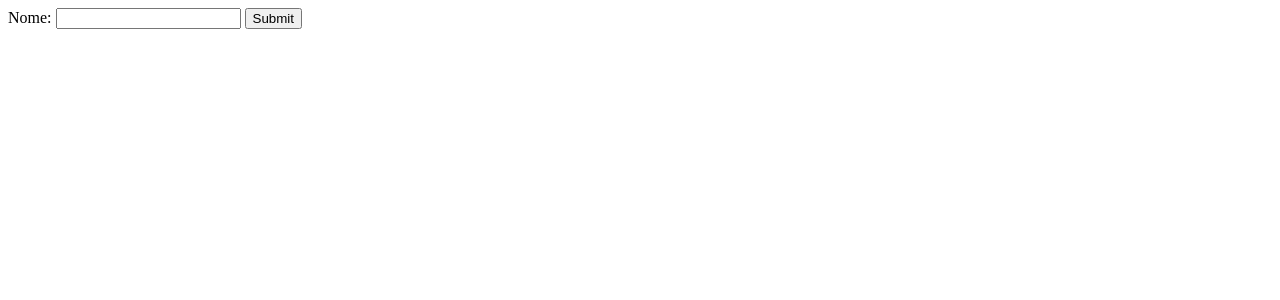
Repository: CauaneTemporin/API_CRUD_JAVA_Servlet_JSP
Page: http://localhost/gerenciador/formEmpresa.jsp
The author's editor kept a copy of each file at every save. The page is drawn from the files as they stood at one save, then again after a run of saves.
The browser window is 1280 px wide. The pictures show the whole page.
The page is served by Tomcat 9. Other server files are loaded and not shown.

Above is the page before, as saved 2023-05-14 23:46:16.

### gerenciador/src/main/webapp/formEmpresa.jsp
<%@ taglib uri="http://java.sun.com/jsp/jstl/core" prefix="c" %>

<!DOCTYPE html>
<html>
<head>
<meta charset="ISO-8859-1">
<title>Adicionar empresas</title>
</head>
<body>
	<form action="/gerenciador/fornecedor" method="post">
		Nome: <input type="text" name="nome"> <input type="submit" />
	</form>
</body>
</html>

After the next 2 saves:
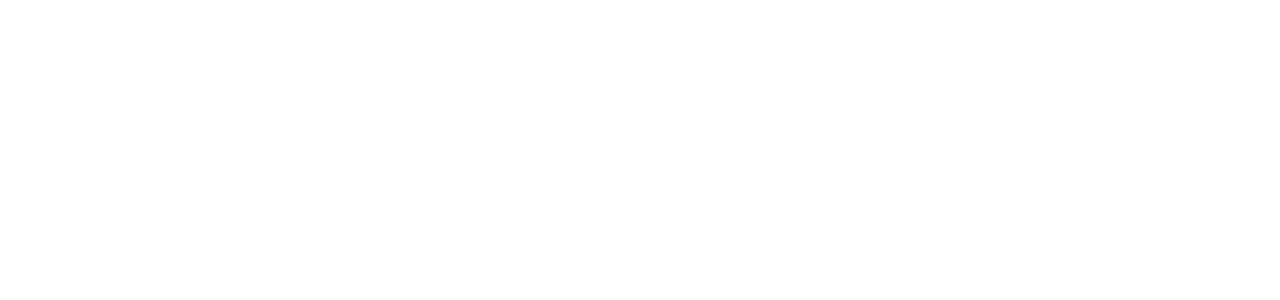
The 2 saves are shown as one change because 1 did not build or start.
The last was saved 9 min 9 s later.
--- a/gerenciador/src/main/webapp/formEmpresa.jsp
+++ b/gerenciador/src/main/webapp/formEmpresa.jsp
@@ -7,7 +7,7 @@
 <title>Adicionar empresas</title>
 </head>
 <body>
-	<form action="/gerenciador/fornecedor" method="post">
+	<form action='<c:url value="/fornecedor"/>" method="post">
 		Nome: <input type="text" name="nome"> <input type="submit" />
 	</form>
 </body>

After the save that followed:
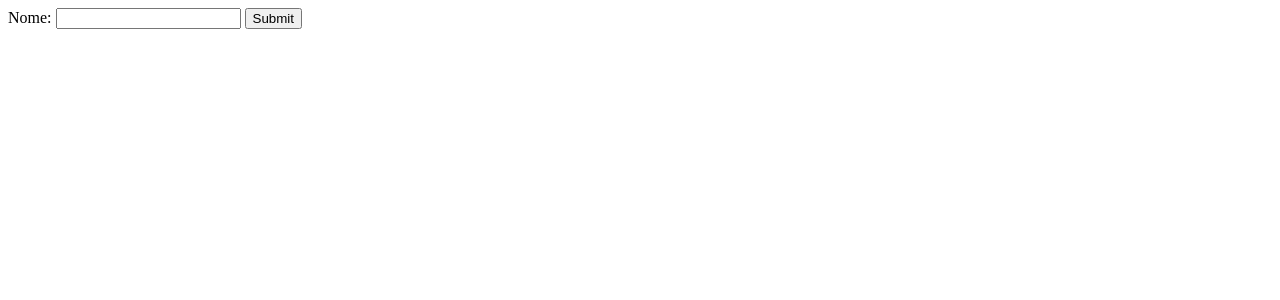
Saved 53 s later.
--- a/gerenciador/src/main/webapp/formEmpresa.jsp
+++ b/gerenciador/src/main/webapp/formEmpresa.jsp
@@ -7,7 +7,7 @@
 <title>Adicionar empresas</title>
 </head>
 <body>
-	<form action='<c:url value="/fornecedor"/>" method="post">
+	<form action="<c:url value="/fornecedor"/>" method="post">
 		Nome: <input type="text" name="nome"> <input type="submit" />
 	</form>
 </body>
